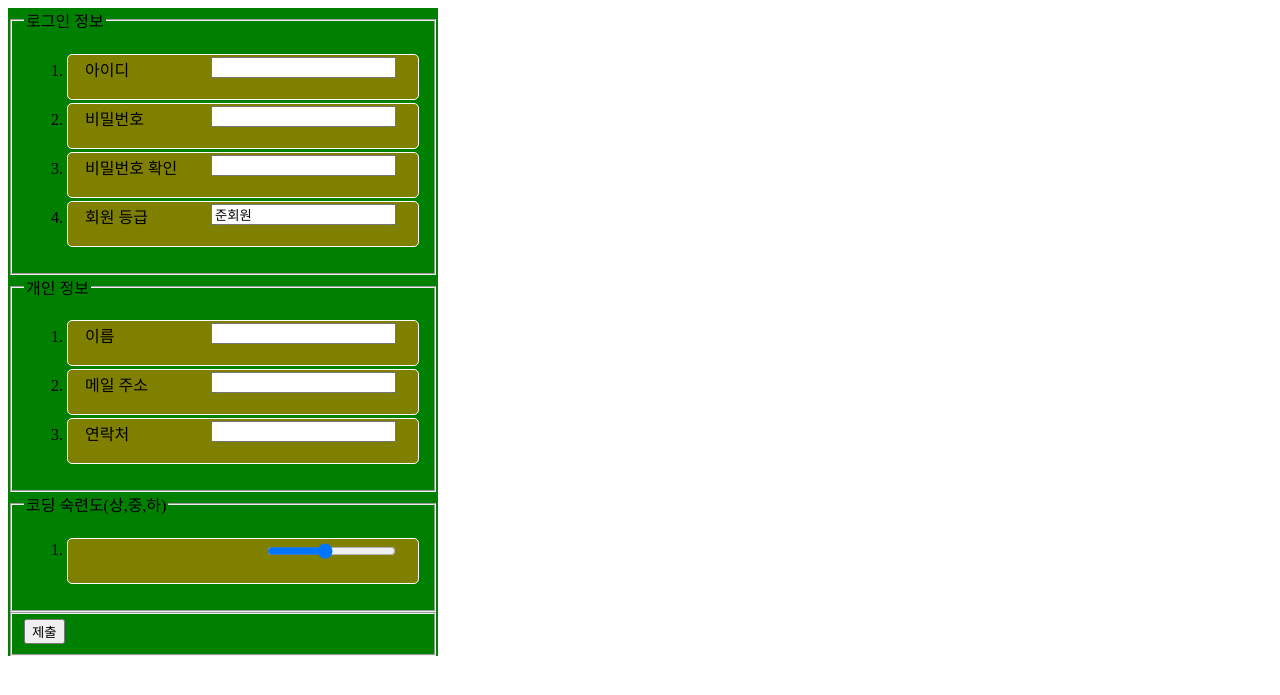
Repository: giwon8701/Qclass_KH
Page: Workspace_Java/testWebProject/test.html
These files come from the project's save history. The page is drawn as it stood at one moment and after the next save; the edit follows.
The browser window is 1280 px wide. The pictures show the whole page.

Above is the page before, as saved 2021-01-11 02:28:38.

After the next save:
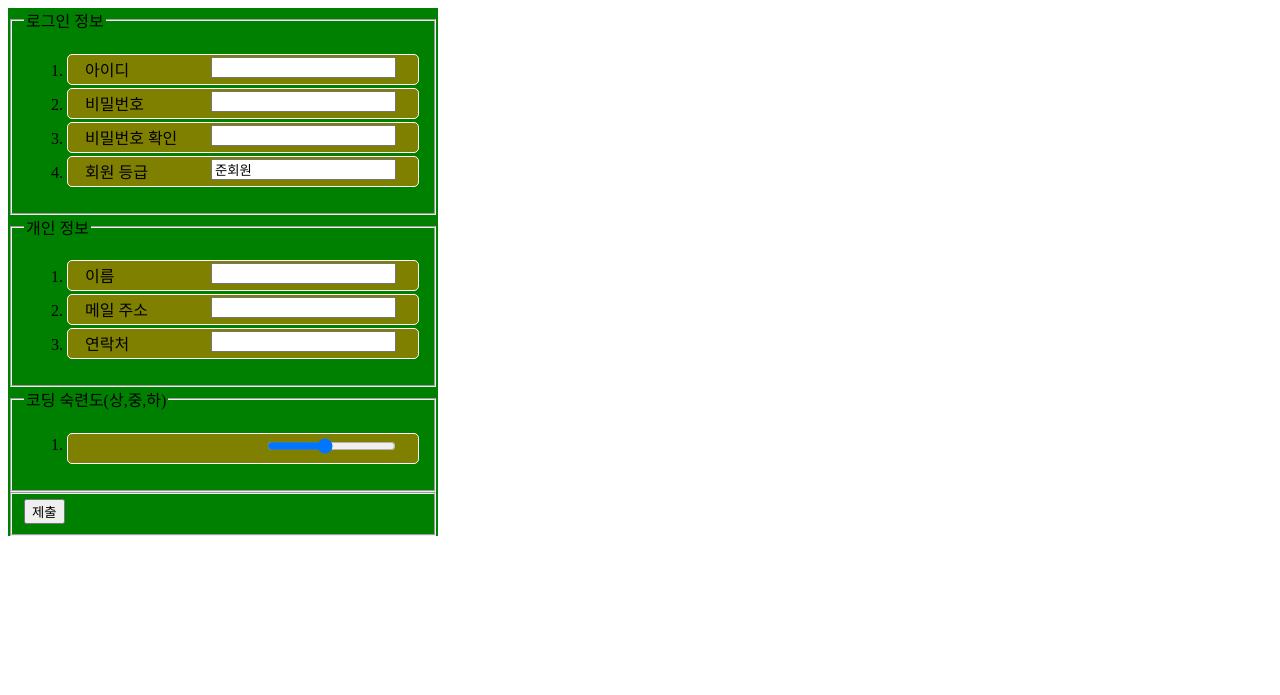
Saved 5 s later.
--- a/Workspace_Java/testWebProject/test_css.css
+++ b/Workspace_Java/testWebProject/test_css.css
@@ -7,7 +7,7 @@
 	border-width: thin;
 	border-color: white;
 	border-radius: 5px;
-	height: 40px;
+	height: 25px;
 	margin: 3px;
 	padding: 2px;
 	background: olive;
